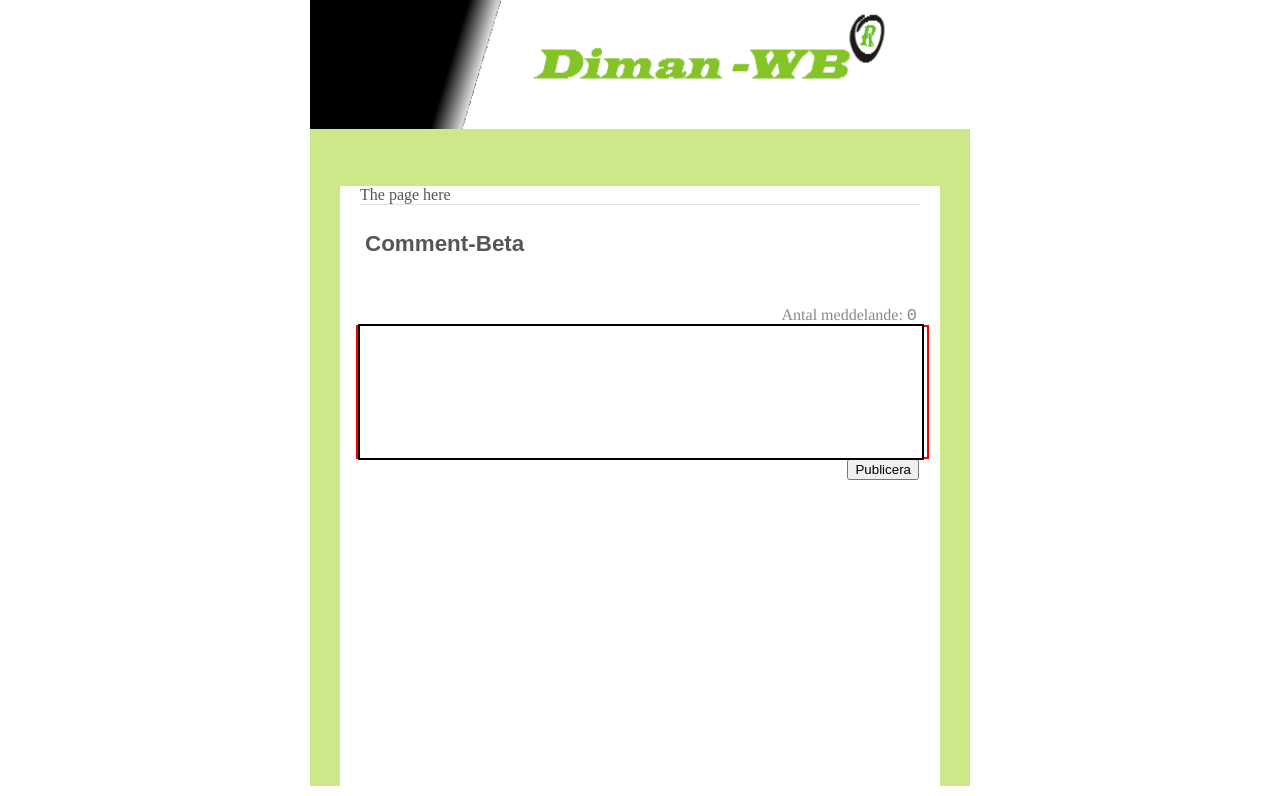
Repository: dn222em/1dv403-laborationer
Page: 2-labbymezzage/index.html
The author's editor kept a record of every edit. The page is drawn from the files as they stood at one moment, then again after the next edit.
The browser window is 1280 px wide. The pictures show the whole page.

Above is the page before.

### 2-labbymezzage/index.html
<!doctype html>
<html lang="sv">
<head>
        <script>
				document.createElement("header");
				document.createElement("hgroup");
				document.createElement("footer");
				document.createElement("article");
				document.createElement("main");
				document.createElement("section");
				document.createElement("nav");
				document.createElement("aside");
				document.createElement("address");
		</script>

        <meta charset="utf-8">
        <title>Labby mezzage</title>
        <link rel="stylesheet" href="style.css" />
        <script type="text/javascript" src="Message.js"></script>
        <script type="text/javascript" src="mess.js"></script>
        <script type="text/javascript" src="init.js"></script>
</head>
<body>
    <div id="container">
        <header>
			<h1>Blogg</h1>
		</header>
    <main>
        <div id="page">
            The page here
        </div>
             <div class="main-comment">
 <h3 class="comment-title">Comment-Beta</h3>
                 <div id="comments-list" class="comments-list">
                     <ul id="comment-holder" class="comment-holder">
                                           </ul>
                            <!--<div id="comment-date" class="comment-date">
               <h3 id="comment-date-given" class="comment-date-given">2014-11-28 18:43:41</h3>-->
                               </div>

                 </div>
    <p id="count-comments" class="count-comments">Antal meddelande: <code id="count-length" class="count-length">0</code></p>
         <div class="comment-box">
            <textarea type="textarea" name="kommentar" id="comment-box"></textarea>
         </div>
         <div id="comment-publish-button">
             <input id="publish-button" type="button" name="submit" value="Publicera" />
         </div>
             </div>
    </main>
    </div>
</body>

</html>

### 2-labbymezzage/style.css
/*Reset-styleshhet
-----------------------------------------------------------------------------*/
/* http://meyerweb.com/eric/tools/css/reset/
   v2.0 | 20110126
   License: none (public domain)
*/

/*html, body, div, span, applet, object, iframe,
h1, h2, h3, h4, h5, h6, p, blockquote, pre,
a, abbr, acronym, address, big, cite, code,
del, dfn, em, img, ins, kbd, q, s, samp,
small, strike, strong, sub, sup, tt, var,
b, u, i, center,
dl, dt, dd, ol, ul, li,
fieldset, form, label, legend,
table, caption, tbody, tfoot, thead, tr, th, td,
article, aside, canvas, details, embed,
figure, figcaption, footer, header, hgroup,
menu, nav, output, ruby, section, summary,
time, mark, audio, video {
	margin: 0;
	padding: 0;
	border: 0;
	font-size: 100%;
	font: inherit;
	vertical-align: baseline;
}
 HTML5 display-role reset for older browsers
article, aside, details, figcaption, figure,
footer, header, hgroup, menu, nav, section {
	display: block;
}
body {
	line-height: 1;
}
ol, ul {
	list-style: none;
}
blockquote, q {
	quotes: none;
}
blockquote:before, blockquote:after,
q:before, q:after {
	content: '';
	content: none;
}
table {
	border-collapse: collapse;
	border-spacing: 0;
}
/*End of Reset - stylesheet
--------------------------------------------------------------------
/*CSS -Stylesheet
======================================================================================================*/
#container{
    width: 660px;
    height:auto;
	background-color:#cce889;/*#c2d8fc;*/
	margin:0 auto;
	padding:0;
	background-image:url("pics/20.png");
	background-repeat:no-repeat;
	background-size:660px 130px;
	margin-top:-22px;

}


h1{
	margin-bottom:50px;
}

main {

	background-color: #FFF;
	width: 600px;
	margin:10px auto 10px auto;
	height:600px;
	margin-top:150px;
}

.comment-paragraf{
	width:500px;
}
/*=======================================================p - total comments*/
.count-comments{
	font-size:1em;
	font-family:'Times';
	float:right;
	margin-right:23px;
	margin-bottom:-3px;
	color:#888;
}

.count-length{
	font-size:1.3em;

}

/*=========================================================page*/
#page{
	width:auto;
	height:auto;
	color:#555;
	margin:20px;
	border-bottom:1px solid #e1e1e1;
}

/*==========================================================comment area*/
.main-comment{
	margin:20px;
	width:auto;
	height:auto;
	color:#444;

}

.comment-title{
	height:45px;
	line-height:37px;
	font-size:1.4em;
	font-family:'Arial';
	margin:0 5px 0 5px;
	color:#555;

}

/*====================================================posted comments*/
.comments-list{
	font-size:1em;
	font-family:'Times';
	margin:10px 5px 10px 5px;
	color:#555;
	color:#766;

}

#comment-holder{
	list-style-type:none;
	margin:0px;
	padding:0px;
	width:auto;
	height:auto;
}


.comment-holder-li{
	list-style-type:none;
	margin:10px 0px 10px 0px;
 	border:1px solid black;/*#e1e1e1;*/
 	padding-left:10px;
 	padding-right:10px;
	background-color:#cce889;
	min-height:80px;
	display:block;


}

.comment-holder-li:hover{
	background-color:#FDB;
}

/*=======================================================date*/
.comment-date{
	float:right;
}

.writen-date{

	font-family:Arial;
	color:red;
	font-size:0.7em;
	float:right;
	position: relative;
	margin-right:18px;
	padding-top:10px;
	margin-top:-25px;

}


/*========================================================buttons*/

.comment-upp-buttons ul{
    margin: 10px;
    padding: 5px;

}

.comment-upp-buttons li{

   	width: 60px;
    display: inline;
    border:none;
	list-style-type: none;
	padding: 10px;


}

.date-button, .delete-button{
	width: 60px;
    display: inline;
	float:right;
	position: relative;
	width:24px;
	height:24px;
	top:-10px;
	cursor:pointer;


}

.date-button:hover{
	-webkit-transform: scale(1.2);
    -moz-transform: scale(1.2);
    transform: scale(1.2);
}
.date-button:active{
	-webkit-transform: scale(1);
    -moz-transform: scale(1);
    transform: scale(1);
}

.delete-button:hover{
	-webkit-transform: scale(1.2);
    -moz-transform: scale(1.2);
    transform: scale(1.2);
}
.delete-button:active{
	-webkit-transform: scale(1.0);
    -moz-transform: scale(1.0);
    transform: scale(1.0);
}


/*==================================================comments textarea*/
.comment-box{
	height:130px;
	border:2px solid red;
	width:auto;
	margin:5px;
	margin-right:11px;
	margin-left:16px;
	margin-top:55px;
	min-height:100px;


}

#comment-box{
	width:98%;
	color:#223;/*#272426;*/
	height:98%;
	position:relative;
	resize:none;
	border:2px solid black;
	margin-top:-3px;


}

#comment-box:hover{
	border:2px solid #279521;
}

#comment-publish-button{
	margin-top:-5px;
	float:right;
	margin-right:21px;

}
#publish-button{
	cursor:pointer;
}

### 2-labbymezzage/Message.js
"use strict";

/* Denna "klass" skapar vi Message-objekt utifrån.
 * Vi kapslar in privata variabler med getters och setters.
*/
    function Message (message, date){

        this.getText = function(){ return this.message; };
        this.setText = function(_message){
            if(typeof _message === "undefined" || _message.trim() ==="" ){
                console.log("Textarean är tom!");
            }
            this.message = _message;};

        this.getNewDate = function(){ return this.date;};
        this.setNewDate = function(_date){ this.date = _date;};
    }

    Message.prototype.toString = function (){
        return this.getText();// +"<br/>"+"<br/>" +" (" + this.getNewDate() + ") ";
    };

    Message.prototype.getHTMLText = function (){return Message.toString().replace(/[\n\r]/gi, "<br />");};
/* function Message (message, date){

        this.message;
        this.date;
    }

    Message.prototype.getText = function(){
        return this.message;
    };

    Message.prototype.setText = function(newText){

        if(typeof newText ==="undefined" || newText.trim() ===""){

            console.log("Textarean är tom!");
        }

        this.message = newText;
    };

     Message.prototype.getDate = function(){
        return this.date;
    };
    Message.prototype.setDate = function(newDate){

       this.date = newDate;
    };

    Message.prototype.toString = function (){

        return this.getText() +"<br/>"+"<br/>" +" (" + this.getDate() + ") ";
    };

/*function Message (message, date){

    this.getText = function () {return message;};
    this.setText = function (_text) { message = _text;};

    this.getDate = function () {return date;};
    this.setDate = function (_date) { };

}

Message.prototype.toString = function (){

    return this.getText() +" (" + this.getDate() + ") ";
};
Message.prototype.getHTMLText = function (){};
Message.prototype.getDateText = function (){};*/

### 2-labbymezzage/mess.js
"use strict";

var MessageBoard  = {

    messages : []





};

### 2-labbymezzage/init.js
"use strict";

/* I denna fil körs vår applikation.
 * Vi använder window.onload för att starta applikationen när
 * fönstret laddat klart. *
 */

window.onload = function(){


    var now = new Date();//.toLocaleString();
    var publish = document.getElementById("publish-button");

    var message = new Message();
	var messages = [];
	var ul = document.getElementById("comment-holder");
	var li = null;//document.createElement("li");
    var idCounter=0;
	var div1 = null;
	var div2 = null;
	var div3 = null;
	var div4 = null;
	var div5 = null;
	var div6 = null;
	var div7 = null;
	var div8 = null;
	var p = null;
    var paragr = document.getElementById("count-comments");
    var messageBirth;
    var subText = null;//

    publish.onclick = createMessage;

    var shiftEnterKey = document.getElementById("comment-box");
    shiftEnterKey.onkeypress = function ( e) {

        if(e.keyCode == 13 && !e.shiftKey) {
            createMessage();
        }
        else if (e.keyCode == 13 && e.shiftKey) {
                //shiftEnterKey.value+='<br  />';//
            }
        };

    /*var enterKey = document.getElementById("comment-box");
    enterKey.onkeypress = function (e) {
        if(e.keyCode === 13){
            createMessage();
        }
    };

	/*ul = document.createElement("ul");
	document.getElementById("comments-list").appendChild(ul);
	ul.id = "comment-holder";*/


    function createMessage(){

		message.setText(document.getElementById("comment-box").value);

		if(message.message === "" || document.getElementById("comment-box").value.trim() ===""){
            document.getElementById("comment-box").style.backgroundColor =" #e1e1e1";
            document.getElementById("comment-box").style.border="1px solid red";
            document.getElementById("comment-box").value = "Du måste skriva något för att kommentera";

            var delay=1000;

            setTimeout(function(){
                document.getElementById("comment-box").style.backgroundColor ="white";
                document.getElementById("comment-box").style.border = "1px solid #cce889";
		        document.getElementById("comment-box").value = "";
            },delay);
		return;
		}


		message.setNewDate(now);
		if(shiftEnterKey){
        subText = message.toString();
        var kaka = subText.replace(/[\n\r]/g, "<br />");
        message.setText(kaka);
		}

		pushUp(message);
		idCounter++;
		createElements(message);
		document.getElementById("comment-box").value = null;

    }

    function pushUp(message){
        return messages.push(message);
    }

    function createElements(message){

        //div6 = document.getElementById("count-length");
        //paragr.removeChild(div6);
        div6 = document.getElementsByClassName("count-length");
	    while(div6[0]) {
         div6[0].parentNode.removeChild(div6[0]);
        }

	    li = document.createElement("li");
    	document.getElementsByClassName("comment-holder")[0];//.appendChild(li);
    	//li.innerHTML = message.message;//toString();//message.message;
        li.className ="comment-holder-li";
	    li.id = idCounter+"li";

	    ul.appendChild(li);

    	ul.insertBefore(li, ul.childNodes[0]);

        p=document.createElement("p");
        document.getElementById(li.id).appendChild(p);
        p.className ="comment-paragraf";
        li.appendChild(p);
        p.innerHTML = message.message;

	    div1 = document.createElement("div");
        document.getElementById(li.id).appendChild(div1);
        //document.getElementsByClassName("comment-holder-li")[0];
        div1.className = "comment-upp-buttons";
        div1.id = idCounter+"comment-upp-buttons";
        div1.innerHTML;
        li.appendChild(div1);

        div2 = document.createElement("ul");
        document.getElementById(div1.id).appendChild(div2);
        //document.getElementsByClassName("comment-upp-buttons")[0];
        div2.id = idCounter+"ul2";
        div2.innerHTML;
        div1.appendChild(div2);

        div3 = document.createElement("li");
        document.getElementById(div2.id).appendChild(div3);
        div3.id = idCounter+"li2";
        div3.innerHTML;
        div2.appendChild(div3);

        div4 = document.createElement("img");
        document.getElementById(div3.id).appendChild(div4);
        div4.id = idCounter+"date-button";
        div4.className = "date-button";
        div4.innerHTML;
        div3.appendChild(div4);
        div4.setAttribute("src", "pics/TIMER.png");
        div4.setAttribute("onClick", "");
        //div4.onclick = showDate;
        div4.addEventListener("click", showDate);

        div5 = document.createElement("img");
        document.getElementById(div4.id).appendChild(div5);
        div5.className ="delete-button";
        div5.id =idCounter+ "delete-button";
        div3.appendChild(div5);
        div5.innerHTML;
        div5.setAttribute("src", "pics/DELETE.png");
        div5.setAttribute("onClick", "");
        //div5.onclick = deleteMessage;
        div5.addEventListener("click", deleteMessage);


        div8 = document.createElement("div");
        document.getElementsByClassName(li.id)[1];//.appendChild(div8);
        div5.appendChild(div8);
        div8.id = idCounter+"comment-date";
        div8.className ="comment-date";
        li.appendChild(div8);

        div7 = document.createElement("code");
        document.getElementById(div8.id).appendChild(div7);
        div7.className = "writen-date";
        div7.id = idCounter+"writen-date";
        div8.appendChild(div7);
        div7.innerHTML= showTime(message.date);


        div6 = document.createElement("code");
        document.getElementById("count-comments").appendChild(div6);
        div6.id = idCounter+"count-length";
        div6.className = "count-length";
        paragr.appendChild(div6);

        div6.innerHTML= messages.length;
    }

    function showTime(str){


        str  = message.date;

		//Create a new date-object to find the exact day.
	    messageBirth = new Date((-(-str - now))-now );

        var hours = messageBirth.getHours();
        var minutes = messageBirth.getMinutes();
        var seconds = messageBirth.getSeconds();

        //messageBirth.getHours()+":"+messageBirth.getMinutes()+":"+messageBirth.getSeconds()
        if(hours < 10){
            hours ="0"+hours;
        }
        if (minutes < 10){
            minutes="0"+minutes;
        }
        if(seconds < 10){
            seconds ="0"+seconds;
        }
        var time = hours+":"+minutes+":"+seconds;
        return time;

    }

    function showDate(str){

         str  = message.date;
         var timeNew = showTime(str);

        //Create two Arrays with Swedish names for days and months!
		var dayName=["Söndag", "Måndag", "Tisdag", "Onsdag", "Torsdag", "Fridag", "Lördag"];
		var monthName=["Jenuari", "Februari", "Mars","April", "Maj", "Juni", "Juli", "Augusti", "September", "Oktober", "November", "December"];


		//Create a new date-object to find the exact day.
	    messageBirth= new Date((-(-str - now))-now );

	    var dateCreation = dayName[messageBirth.getDay()] +" "+messageBirth.getDate()+ " "+monthName[messageBirth.getMonth()]+" "+messageBirth.getFullYear() +"   ";
		//Precentate date and time
        var str1 = "Meddelandet skapades " +dateCreation+timeNew;
        alert(str1);
    }

   function deleteMessage(str){

        var a = str.target.nodeName;
        var a = str.target.id;
        var b =a.replace('delete-button','');
        var c = b +"li";


        if (confirm("Vill du verkligen radera meddelandet?")){
            var x = document.getElementById(c);
            x.remove(x.selectedIndex);
            div6.innerHTML= --messages.length;
        }
   }

};

After the next edit:
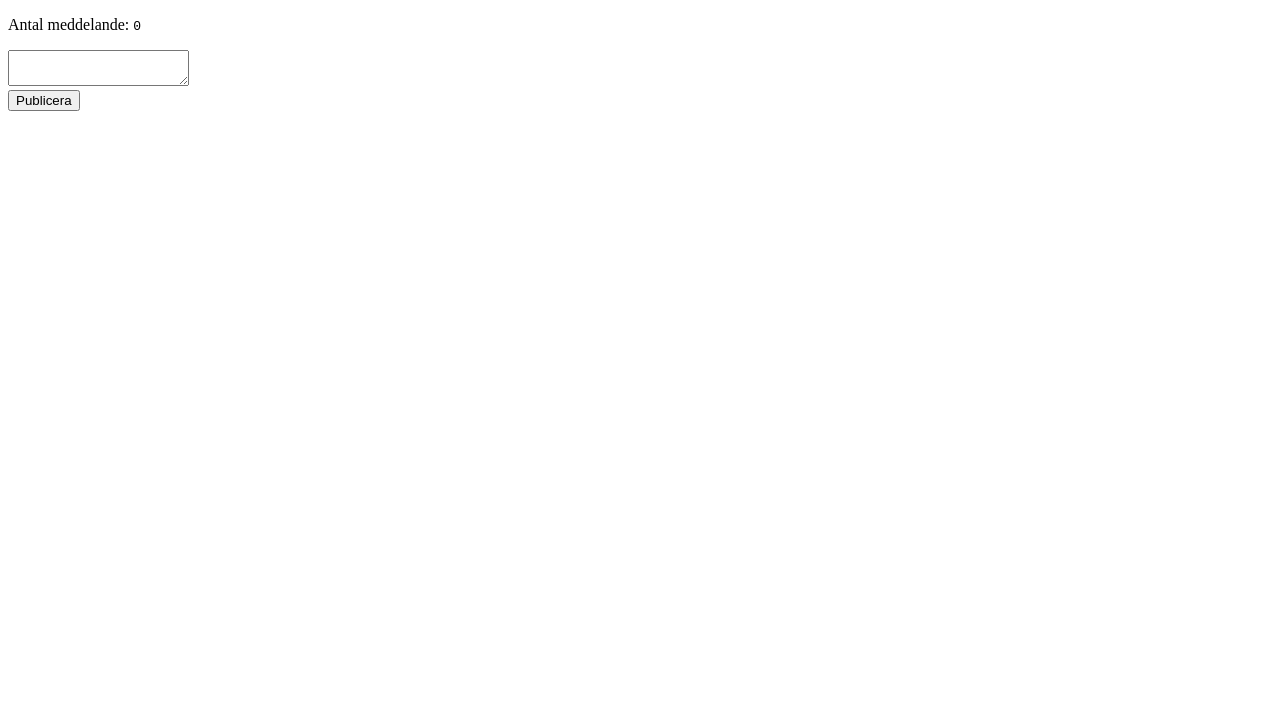
The edit:
--- a/2-labbymezzage/index.html
+++ b/2-labbymezzage/index.html
@@ -1,7 +1,7 @@
 <!doctype html>
 <html lang="sv">
 <head>
-        <script>
+       <!-- <script>
 				document.createElement("header");
 				document.createElement("hgroup");
 				document.createElement("footer");

After the edit that followed:
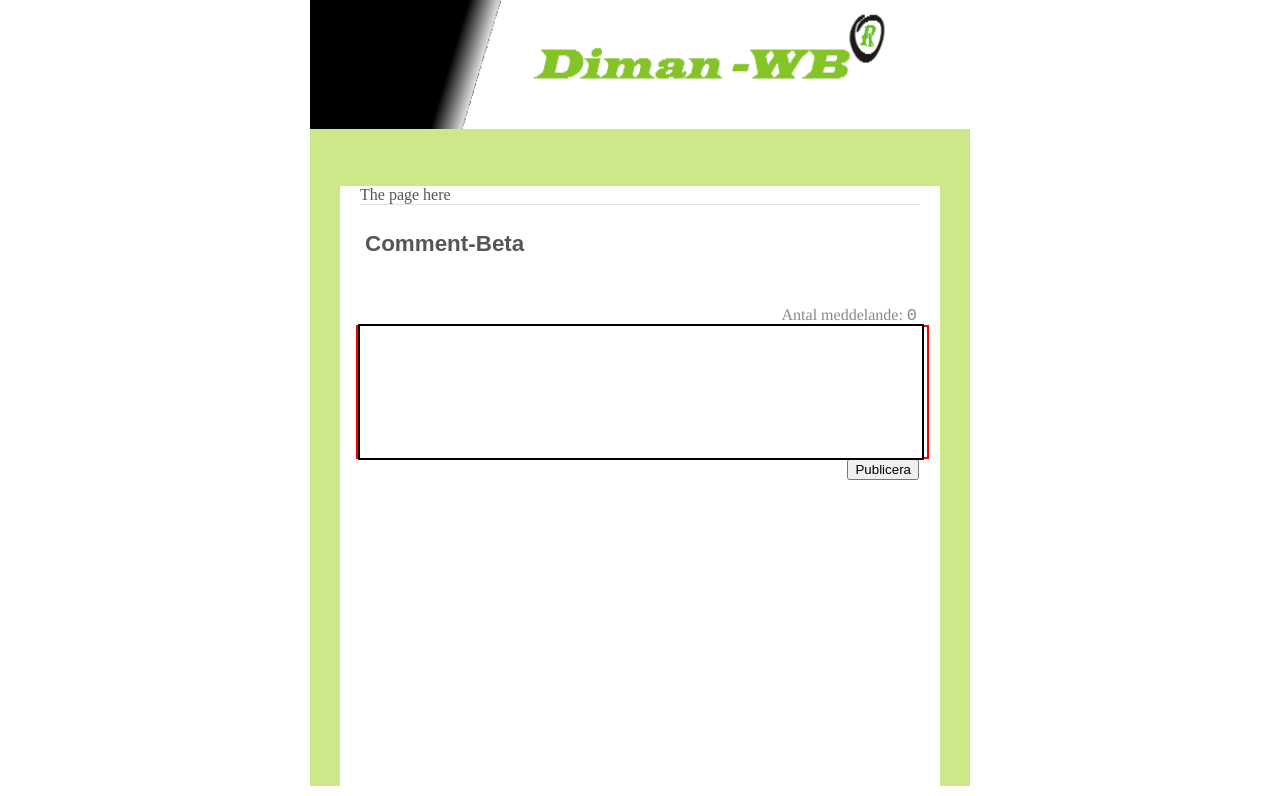
The edit:
--- a/2-labbymezzage/index.html
+++ b/2-labbymezzage/index.html
@@ -11,7 +11,7 @@
 				document.createElement("nav");
 				document.createElement("aside");
 				document.createElement("address");
-		</script>
+		</script> -->
 
         <meta charset="utf-8">
         <title>Labby mezzage</title>
